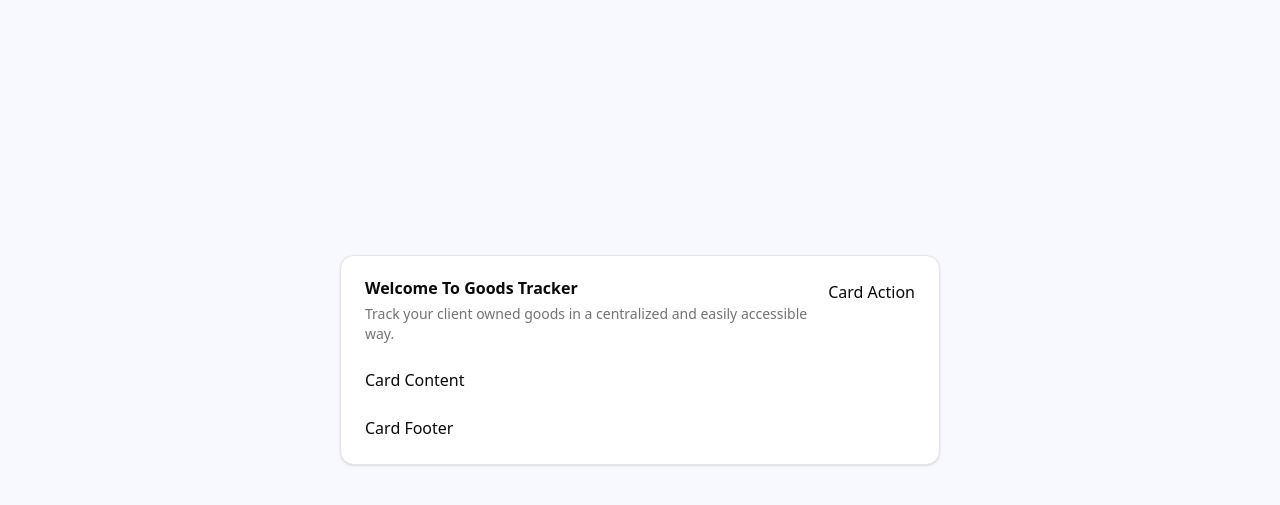
Repository: Renzo-Salosagcol/cog_tracker
Page: /
The author's editor kept a copy of each file at every save. The page is drawn from the files as they stood at one save, then again after the next save.
The browser window is 1280 px wide. The pictures show the whole page.
The project was rebuilt for these pictures with package versions that can differ from the ones it lists, and the page was loaded fresh each time. The framework's server and built-in components were replaced by stand-ins that run in the browser. Also part of the build but not shown: next.config.ts.

Above is the page before, as saved 2025-12-17 14:14:09.

### app/layout.tsx
import type { Metadata } from "next";
import { Geist, Geist_Mono } from "next/font/google";
import "./globals.css";

const geistSans = Geist({
  variable: "--font-geist-sans",
  subsets: ["latin"],
});

const geistMono = Geist_Mono({
  variable: "--font-geist-mono",
  subsets: ["latin"],
});

export const metadata: Metadata = {
  title: "COG Tracker",
  description: "COG tracker created to track client owned goods in a centralized and easily accessible way",
};

export default function RootLayout({
  children,
}: Readonly<{
  children: React.ReactNode;
}>) {
  return (
    <html lang="en">
      <body
        className={`${geistSans.variable} ${geistMono.variable} antialiased`}
      >
        {children}
      </body>
    </html>
  );
}

### app/page.tsx
import {
  Card,
  CardAction,
  CardContent,
  CardDescription,
  CardFooter,
  CardHeader,
  CardTitle,
} from "@/components/ui/card"

export default function Home() {
  return (
    <div className="root-page-element bg-background">
      <Card className="*
        glassmorphism flex flex-cols-1 min-w-150">
        <CardHeader>
          <CardTitle>Welcome To Goods Tracker</CardTitle>
          <CardDescription>Track your client owned goods in a centralized and easily accessible way.</CardDescription>
          <CardAction>Card Action</CardAction>
        </CardHeader>
        <CardContent>
          <p>Card Content</p>
        </CardContent>
        <CardFooter>
          <p>Card Footer</p>
        </CardFooter>
      </Card>
    </div>
  );
}

### app/globals.css
@import "tailwindcss";
@import "tw-animate-css";

@custom-variant dark (&:is(.dark *));

@theme inline {
  --radius-sm: calc(var(--radius) - 4px);
  --radius-md: calc(var(--radius) - 2px);
  --radius-lg: var(--radius);
  --radius-xl: calc(var(--radius) + 4px);
  --radius-2xl: calc(var(--radius) + 8px);
  --radius-3xl: calc(var(--radius) + 12px);
  --radius-4xl: calc(var(--radius) + 16px);
  --color-background: var(--background);
  --color-foreground: var(--foreground);
  --color-card: var(--card);
  --color-card-foreground: var(--card-foreground);
  --color-popover: var(--popover);
  --color-popover-foreground: var(--popover-foreground);
  --color-primary: var(--primary);
  --color-primary-foreground: var(--primary-foreground);
  --color-secondary: var(--secondary);
  --color-secondary-foreground: var(--secondary-foreground);
  --color-muted: var(--muted);
  --color-muted-foreground: var(--muted-foreground);
  --color-accent: var(--accent);
  --color-accent-foreground: var(--accent-foreground);
  --color-destructive: var(--destructive);
  --color-border: var(--border);
  --color-input: var(--input);
  --color-ring: var(--ring);
  --color-chart-1: var(--chart-1);
  --color-chart-2: var(--chart-2);
  --color-chart-3: var(--chart-3);
  --color-chart-4: var(--chart-4);
  --color-chart-5: var(--chart-5);
  --color-sidebar: var(--sidebar);
  --color-sidebar-foreground: var(--sidebar-foreground);
  --color-sidebar-primary: var(--sidebar-primary);
  --color-sidebar-primary-foreground: var(--sidebar-primary-foreground);
  --color-sidebar-accent: var(--sidebar-accent);
  --color-sidebar-accent-foreground: var(--sidebar-accent-foreground);
  --color-sidebar-border: var(--sidebar-border);
  --color-sidebar-ring: var(--sidebar-ring);
}

:root {
  --radius: 0.625rem;
  --background: #f8f8ff; /* Ghost White */
  --foreground: #080808; /* Vampire Black */
  --card: oklch(1 0 0);
  --card-foreground: oklch(0.145 0 0);
  --popover: oklch(1 0 0);
  --popover-foreground: oklch(0.145 0 0);
  --primary: oklch(0.205 0 0);
  --primary-foreground: oklch(0.985 0 0);
  --secondary: oklch(0.97 0 0);
  --secondary-foreground: oklch(0.205 0 0);
  --muted: oklch(0.97 0 0);
  --muted-foreground: oklch(0.556 0 0);
  --accent: oklch(0.97 0 0);
  --accent-foreground: oklch(0.205 0 0);
  --destructive: oklch(0.577 0.245 27.325);
  --border: oklch(0.922 0 0);
  --input: oklch(0.922 0 0);
  --ring: oklch(0.708 0 0);
  --chart-1: oklch(0.646 0.222 41.116);
  --chart-2: oklch(0.6 0.118 184.704);
  --chart-3: oklch(0.398 0.07 227.392);
  --chart-4: oklch(0.828 0.189 84.429);
  --chart-5: oklch(0.769 0.188 70.08);
  --sidebar: oklch(0.985 0 0);
  --sidebar-foreground: oklch(0.145 0 0);
  --sidebar-primary: oklch(0.205 0 0);
  --sidebar-primary-foreground: oklch(0.985 0 0);
  --sidebar-accent: oklch(0.97 0 0);
  --sidebar-accent-foreground: oklch(0.205 0 0);
  --sidebar-border: oklch(0.922 0 0);
  --sidebar-ring: oklch(0.708 0 0);
}

.dark {
  --background: #080808; /* Vampire Black */
  --foreground: #f8f8ff; /* Ghost White */
  --card: oklch(0.205 0 0);
  --card-foreground: oklch(0.985 0 0);
  --popover: oklch(0.205 0 0);
  --popover-foreground: oklch(0.985 0 0);
  --primary: oklch(0.922 0 0);
  --primary-foreground: oklch(0.205 0 0);
  --secondary: oklch(0.269 0 0);
  --secondary-foreground: oklch(0.985 0 0);
  --muted: oklch(0.269 0 0);
  --muted-foreground: oklch(0.708 0 0);
  --accent: oklch(0.269 0 0);
  --accent-foreground: oklch(0.985 0 0);
  --destructive: oklch(0.704 0.191 22.216);
  --border: oklch(1 0 0 / 10%);
  --input: oklch(1 0 0 / 15%);
  --ring: oklch(0.556 0 0);
  --chart-1: oklch(0.488 0.243 264.376);
  --chart-2: oklch(0.696 0.17 162.48);
  --chart-3: oklch(0.769 0.188 70.08);
  --chart-4: oklch(0.627 0.265 303.9);
  --chart-5: oklch(0.645 0.246 16.439);
  --sidebar: oklch(0.205 0 0);
  --sidebar-foreground: oklch(0.985 0 0);
  --sidebar-primary: oklch(0.488 0.243 264.376);
  --sidebar-primary-foreground: oklch(0.985 0 0);
  --sidebar-accent: oklch(0.269 0 0);
  --sidebar-accent-foreground: oklch(0.985 0 0);
  --sidebar-border: oklch(1 0 0 / 10%);
  --sidebar-ring: oklch(0.556 0 0);
}

@layer base {
  * {
    @apply border-border outline-ring/50;
  }
  body {
    @apply bg-background text-foreground;
  }
}

@utility root-page-element {
  @apply min-h-screen flex flex-col items-center justify-center;
}

@utility glassmorphism {
  @apply bg-background/70 backdrop-blur-lg
}

### components/ui/card.tsx
import * as React from "react"

import { cn } from "@/lib/utils"

function Card({ className, ...props }: React.ComponentProps<"div">) {
  return (
    <div
      data-slot="card"
      className={cn(
        "bg-card text-card-foreground flex flex-col gap-6 rounded-xl border py-6 shadow-sm",
        className
      )}
      {...props}
    />
  )
}

function CardHeader({ className, ...props }: React.ComponentProps<"div">) {
  return (
    <div
      data-slot="card-header"
      className={cn(
        "@container/card-header grid auto-rows-min grid-rows-[auto_auto] items-start gap-2 px-6 has-data-[slot=card-action]:grid-cols-[1fr_auto] [.border-b]:pb-6",
        className
      )}
      {...props}
    />
  )
}

function CardTitle({ className, ...props }: React.ComponentProps<"div">) {
  return (
    <div
      data-slot="card-title"
      className={cn("leading-none font-semibold", className)}
      {...props}
    />
  )
}

function CardDescription({ className, ...props }: React.ComponentProps<"div">) {
  return (
    <div
      data-slot="card-description"
      className={cn("text-muted-foreground text-sm", className)}
      {...props}
    />
  )
}

function CardAction({ className, ...props }: React.ComponentProps<"div">) {
  return (
    <div
      data-slot="card-action"
      className={cn(
        "col-start-2 row-span-2 row-start-1 self-start justify-self-end",
        className
      )}
      {...props}
    />
  )
}

function CardContent({ className, ...props }: React.ComponentProps<"div">) {
  return (
    <div
      data-slot="card-content"
      className={cn("px-6", className)}
      {...props}
    />
  )
}

function CardFooter({ className, ...props }: React.ComponentProps<"div">) {
  return (
    <div
      data-slot="card-footer"
      className={cn("flex items-center px-6 [.border-t]:pt-6", className)}
      {...props}
    />
  )
}

export {
  Card,
  CardHeader,
  CardFooter,
  CardTitle,
  CardAction,
  CardDescription,
  CardContent,
}

Loaded but not shown: lib/utils.ts (common file)

After the next save:
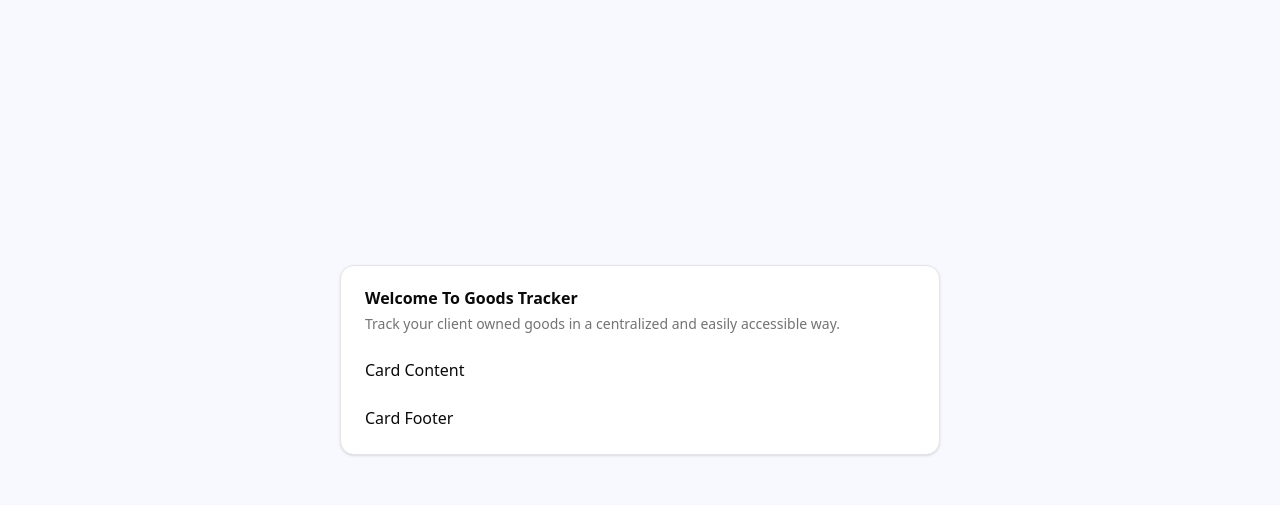
Saved 39 s later.
--- a/app/page.tsx
+++ b/app/page.tsx
@@ -16,7 +16,6 @@ export default function Home() {
         <CardHeader>
           <CardTitle>Welcome To Goods Tracker</CardTitle>
           <CardDescription>Track your client owned goods in a centralized and easily accessible way.</CardDescription>
-          <CardAction>Card Action</CardAction>
         </CardHeader>
         <CardContent>
           <p>Card Content</p>
